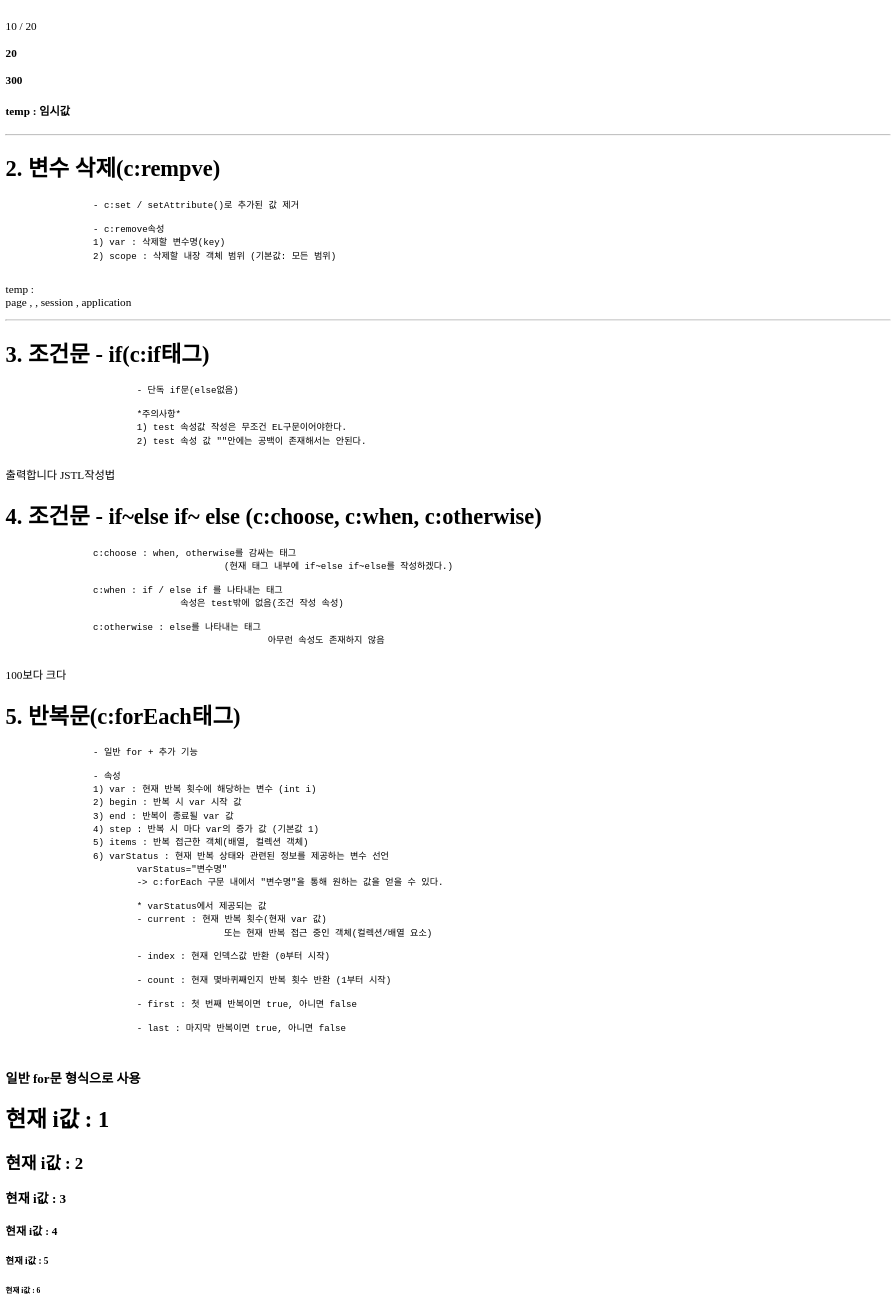
Repository: hyungjuIM/06_Server
Page: http://localhost/JSPProject2/jstl
These files come from the project's save history. The page is drawn as it stood at one moment and after the next save; the edit follows.
The browser window is 1280 px wide. The pictures show the part of the page from y = 702 to 2622 px (the page is 2576 px tall before and 2622 px after), at 70% of full size.
The page is served by Tomcat 9.

Above is the page before, as saved 2023-03-21 11:18:34.

After the next save:
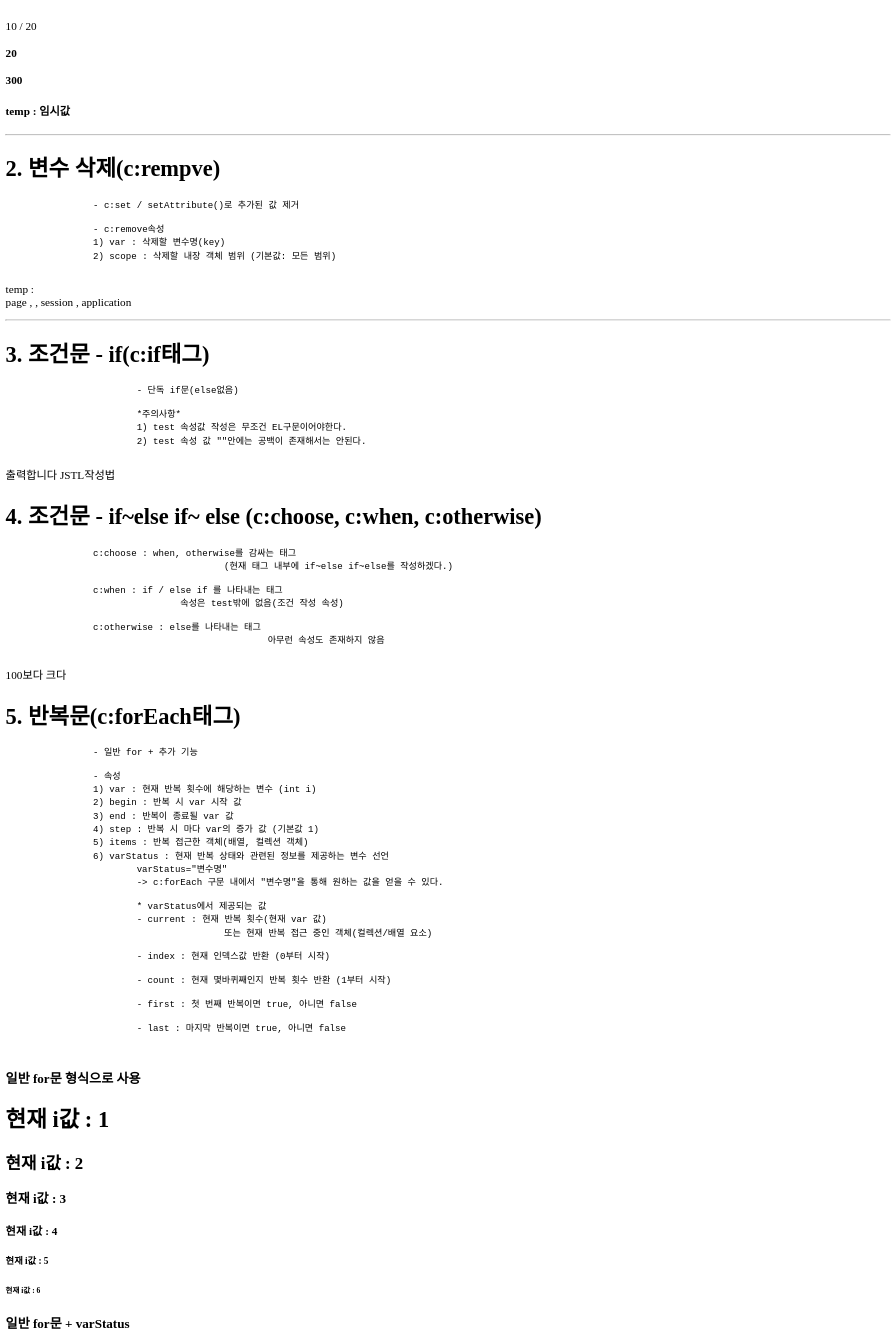
Saved 92 s later.
--- a/JSPProject2/src/main/webapp/WEB-INF/views/jstl.jsp
+++ b/JSPProject2/src/main/webapp/WEB-INF/views/jstl.jsp
@@ -164,6 +164,7 @@
     		<h${i}>현재 i값 : ${i}</h${i}>
     	</c:forEach>
 
+    	<h3>일반 for문 + varStatus</h3>
 
 </body>
 </html>
